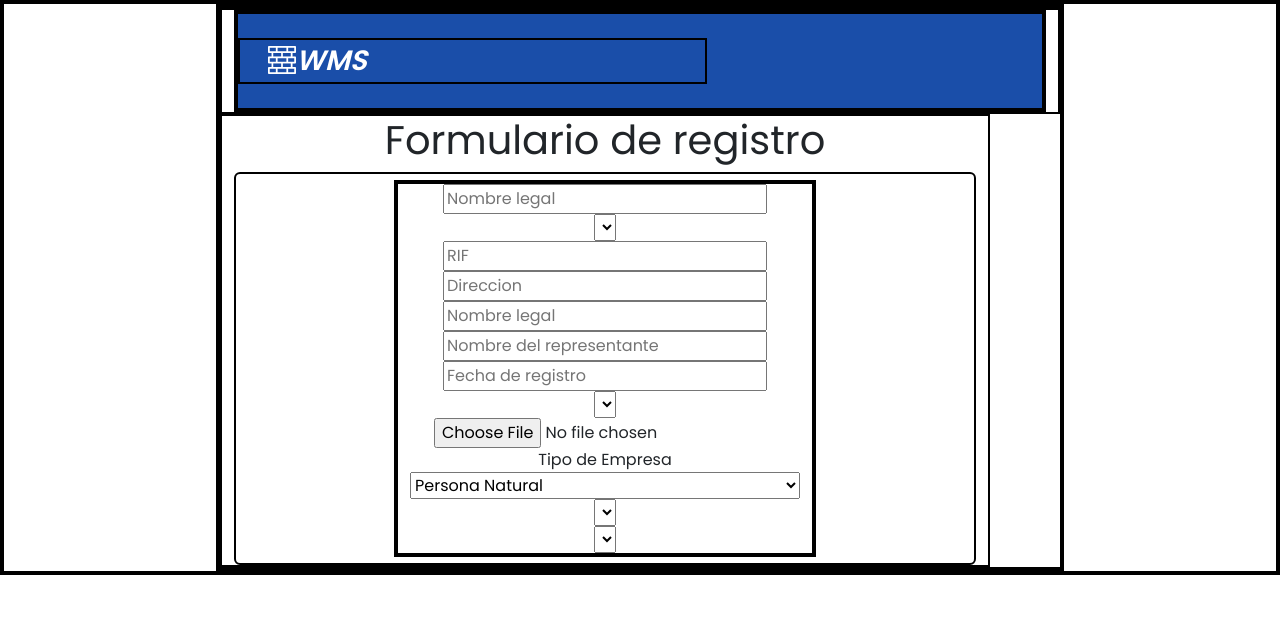
Repository: Rafa-x64/Gestion_inventario_practica
Page: http://localhost/Gestion_inventario/index.php?page=registro-empresa
An editor plug-in stored every save of this project. The page is shown before and after a run of saves, followed by the edit.
The browser window is 1280 px wide. The pictures show the whole page.
The page is run by PHP 8.4 with error messages shown; the project is at /var/www/html/.

Above is the page before, as saved 2025-07-22 17:52:57.

After the next 11 saves:
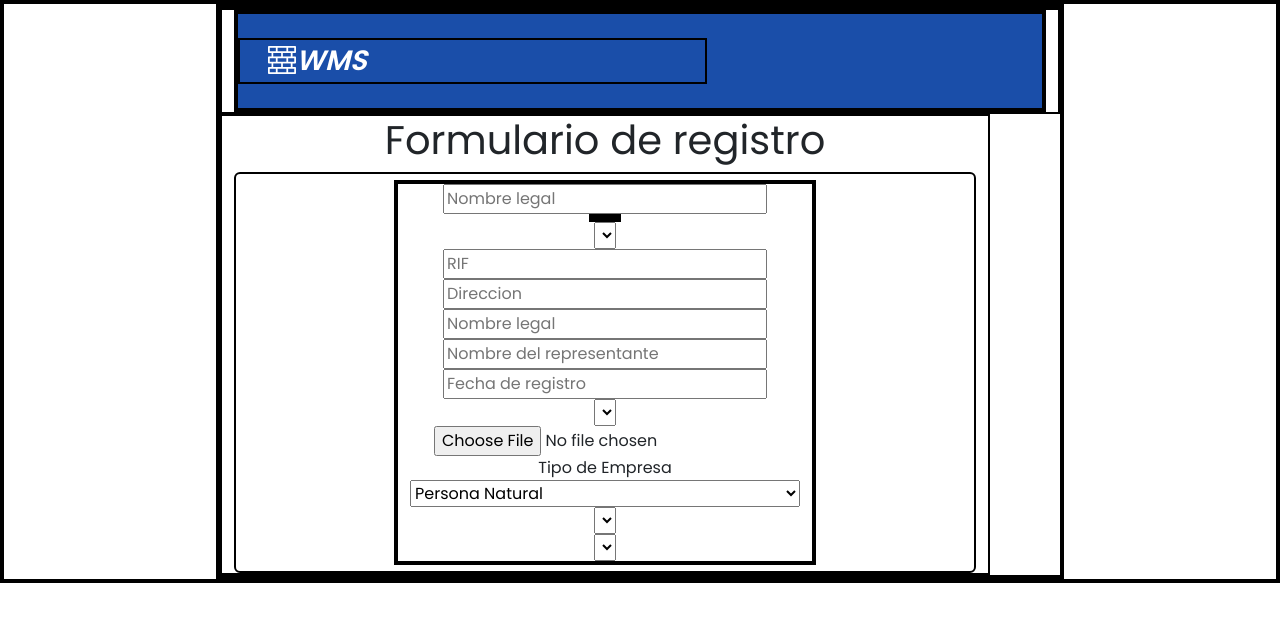
The 11 saves are shown as one change because they came seconds apart.
The last was saved 59 s later.
--- a/view/php/registro-empresa-view.php
+++ b/view/php/registro-empresa-view.php
@@ -30,6 +30,11 @@
                         <div class="row d-flex flex-row align-items-center justify-content-center">
                             <div class="col-12 d-flex flex-column align-items-center justify-content-center">
                                 <input type="text" name="" id="nombre_legal" placeholder="Nombre legal">
+                                <div class="row">
+                                    <div class="col-12">
+
+                                    </div>
+                                </div>
                                 <select name="" id="">
                                     <option value=""></option>
                                     <option value=""></option>
